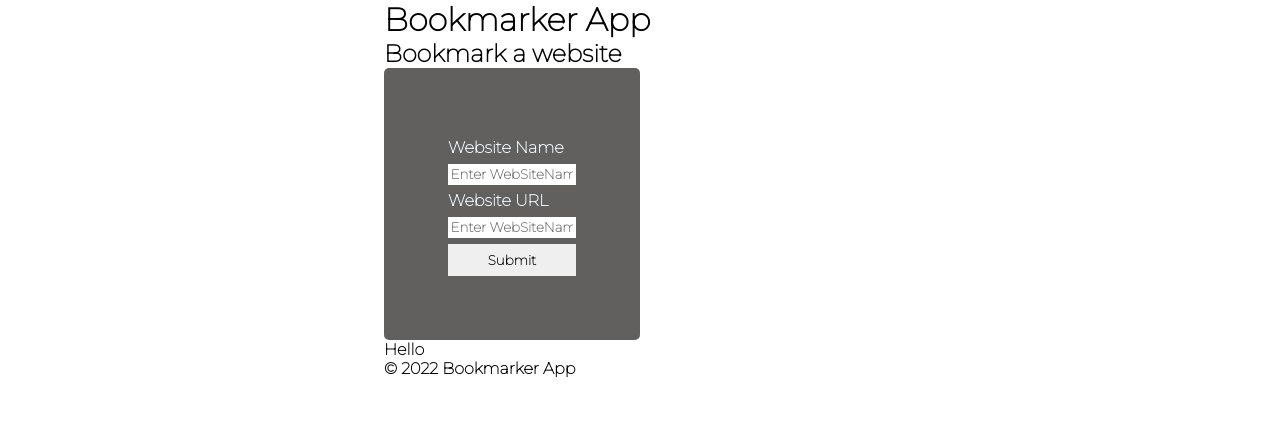
Repository: Suporl9/BookMarkerApp
Page: index.html
An editor plug-in stored every save of this project. The page is shown before and after the next save, followed by the edit.
The browser window is 1280 px wide. The pictures show the whole page.

Above is the page before, as saved 2021-11-21 20:59:08.

After the next save:
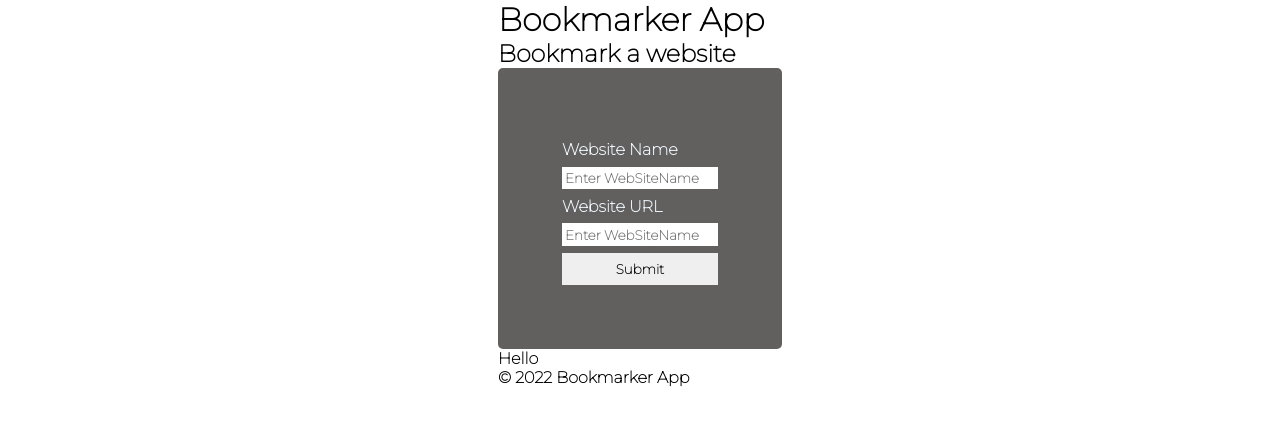
Saved 4 s later.
--- a/style.css
+++ b/style.css
@@ -36,7 +36,7 @@ body {
 .formSec {
   display: flex;
   flex-direction: column;
-  width: 50%;
+  /* width: 0%; */
 }
 .sitesec {
   display: flex;
